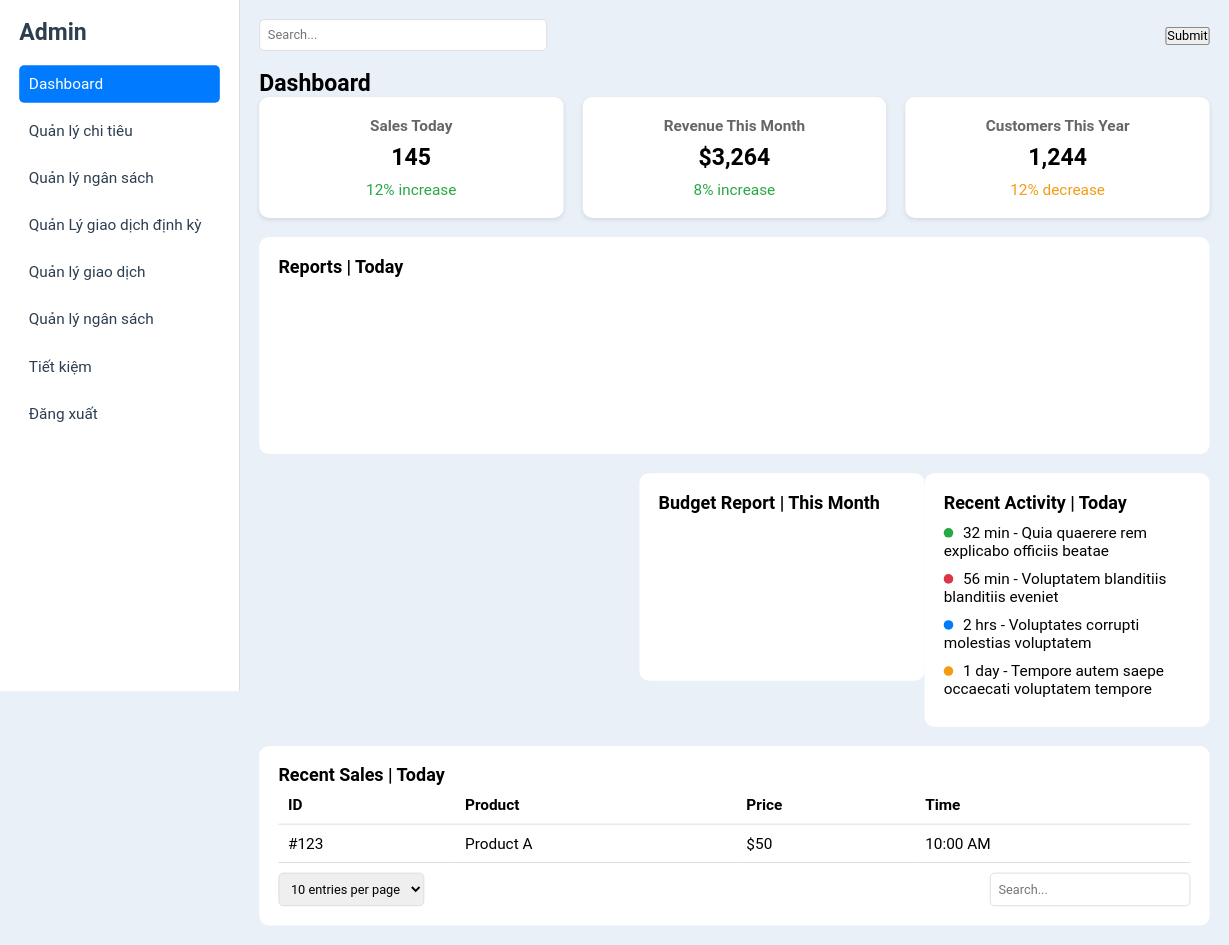
Repository: PhanVanHoa051204/Project3
Page: http://localhost/Project3/dashboard.jsp
These files come from the project's save history. The page is drawn as it stood at one moment and after the next save; the edit follows.
The browser window is 1280 px wide. The pictures show the whole page, at 96% of full size.
The page is served by Tomcat 9. Other server files are loaded and not shown.

Above is the page before, as saved 2025-03-12 13:58:11.
Console error: ReferenceError: Chart is not defined

### PhanVanHoa_2210900023_K22CNT1/Project3/src/main/webapp/dashboard.jsp
<%@ page language="java" contentType="text/html; charset=UTF-8"
	pageEncoding="UTF-8"%>
<!DOCTYPE html>
<html lang="en">
<head>
<meta charset="UTF-8">
<meta name="viewport" content="width=device-width, initial-scale=1.0">
<title>Admin</title>
<link rel="stylesheet" href="style.css">

</head>
<body>
	<div class="container">
		<!-- Sidebar -->
		<div class="sidebar">
			<div class="logo">Admin</div>
			<ul>
				<li class="active"><a href="#">Dashboard</a></li>
				<li><a href="#">Quản lý chi tiêu</a></li>
				<li><a href="#">Quản lý ngân sách</a></li>
				<li><a href="#">Quản Lý giao dịch định kỳ</a></li>
				<li><a href="#">Quản lý giao dịch</a></li>
				<li><a href="#">Quản lý ngân sách</a></li>
				<li><a href="#">Tiết kiệm</a></li>
				<li><a href="#">Đăng xuất</a></li>

			</ul>
		</div>

		<!-- Main Content -->
		<div class="main-content">
			<!-- Header -->
			<header>
				<div class="search-bar">
					<input type="text" placeholder="Search...">
				</div>
				<div class="submit-section">
					<button type="submit" class="submit-btn">Submit</button>
				</div>
			</header>

			<!-- Dashboard Content -->
			<div class="dashboard-content">
				<h2>Dashboard</h2>

				<!-- Top Cards -->
				<div class="cards">
					<div class="card">
						<h3>Sales Today</h3>
						<p>145</p>
						<span class="increase">12% increase</span>
					</div>
					<div class="card">
						<h3>Revenue This Month</h3>
						<p>$3,264</p>
						<span class="increase">8% increase</span>
					</div>
					<div class="card">
						<h3>Customers This Year</h3>
						<p>1,244</p>
						<span class="decrease">12% decrease</span>
					</div>
				</div>

				<!-- Reports Chart -->
				<div class="chart-section">
					<h3>Reports | Today</h3>
					<canvas id="reportsChart"></canvas>
				</div>

				<!-- Recent Activity -->
				<div class="recent-activity">
					<h3>Recent Activity | Today</h3>
					<ul>
						<li><span class="dot green"></span>32 min - Quia quaerere rem
							explicabo officiis beatae</li>
						<li><span class="dot red"></span>56 min - Voluptatem
							blanditiis blanditiis eveniet</li>
						<li><span class="dot blue"></span>2 hrs - Voluptates corrupti
							molestias voluptatem</li>
						<li><span class="dot yellow"></span>1 day - Tempore autem
							saepe occaecati voluptatem tempore</li>
					</ul>
				</div>

				<!-- Budget Report -->
				<div class="budget-report">
					<h3>Budget Report | This Month</h3>
					<canvas id="budgetChart"></canvas>
				</div>

				<!-- Recent Sales -->
				<div class="recent-sales">
					<h3>Recent Sales | Today</h3>
					<table>
						<thead>
							<tr>
								<th>ID</th>
								<th>Product</th>
								<th>Price</th>
								<th>Time</th>
							</tr>
						</thead>
						<tbody>
							<tr>
								<td>#123</td>
								<td>Product A</td>
								<td>$50</td>
								<td>10:00 AM</td>
							</tr>
							<!-- Thêm dữ liệu mẫu -->
						</tbody>
					</table>
					<div class="table-footer">
						<select>
							<option>10 entries per page</option>
						</select> <input type="text" placeholder="Search...">
					</div>
				</div>
			</div>
		</div>
	</div>

	<!-- JavaScript để vẽ biểu đồ -->
	<script>
		// Reports Chart
		const ctx1 = document.getElementById('reportsChart').getContext('2d');
		new Chart(ctx1, {
			type : 'line',
			data : {
				labels : [ '00:00', '01:00', '02:00', '03:00', '04:00',
						'05:00', '06:00' ],
				datasets : [ {
					label : 'Sales',
					data : [ 20, 40, 30, 60, 50, 40, 30 ],
					borderColor : '#007BFF',
					fill : false
				}, {
					label : 'Revenue',
					data : [ 10, 30, 50, 40, 30, 20, 10 ],
					borderColor : '#28A745',
					fill : false
				}, {
					label : 'Customers',
					data : [ 30, 20, 25, 35, 20, 15, 10 ],
					borderColor : '#F39C12',
					fill : false
				} ]
			},
			options : {
				scales : {
					y : {
						beginAtZero : true
					}
				}
			}
		});

		// Budget Chart (Radar)
		const ctx2 = document.getElementById('budgetChart').getContext('2d');
		new Chart(ctx2, {
			type : 'radar',
			data : {
				labels : [ 'Administration', 'Marketing', 'Development',
						'on Technology' ],
				datasets : [ {
					label : 'Allocated Budget',
					data : [ 65, 59, 90, 81 ],
					backgroundColor : 'rgba(0, 123, 255, 0.2)',
					borderColor : '#007BFF'
				}, {
					label : 'Actual Spending',
					data : [ 28, 48, 40, 19 ],
					backgroundColor : 'rgba(40, 167, 69, 0.2)',
					borderColor : '#28A745'
				} ]
			}
		});
	</script>
</body>
</html>

### PhanVanHoa_2210900023_K22CNT1/Project3/src/main/webapp/style.css
* {
    margin: 0;
    padding: 0;
    box-sizing: border-box;
    font-family: 'Roboto', sans-serif;
}

body {
    background-color: #E9F0F7;
}

.container {
    display: flex;
}

/* Sidebar */
.sidebar {
    width: 250px;
    background-color: #fff;
    padding: 20px;
    height: 100vh;
    border-right: 1px solid #ddd;
}

.logo {
    font-size: 24px;
    font-weight: bold;
    color: #2C3E50;
    margin-bottom: 20px;
}

.sidebar ul {
    list-style: none;
}

.sidebar ul li {
    margin: 10px 0;
}

.sidebar ul li a {
    text-decoration: none;
    color: #2C3E50;
    display: block;
    padding: 10px;
    border-radius: 5px;
}

.sidebar ul li.active a {
    background-color: #007BFF;
    color: #fff;
}

/* Main Content */
.main-content {
    flex: 1;
    padding: 20px;
}

header {
    display: flex;
    justify-content: space-between;
    align-items: center;
    margin-bottom: 20px;
}

.search-bar input {
    padding: 8px;
    border: 1px solid #ddd;
    border-radius: 5px;
    width: 300px;
}

.user-info {
    display: flex;
    align-items: center;
}

.user-info span {
    margin-right: 10px;
}

.avatar {
    width: 40px;
    height: 40px;
    border-radius: 50%;
}

/* Cards */
.cards {
    display: flex;
    gap: 20px;
    margin-bottom: 20px;
}

.card {
    background-color: #fff;
    padding: 20px;
    border-radius: 10px;
    flex: 1;
    text-align: center;
    box-shadow: 0 2px 5px rgba(0, 0, 0, 0.1);
}

.card h3 {
    font-size: 16px;
    color: #666;
}

.card p {
    font-size: 24px;
    font-weight: bold;
    margin: 10px 0;
}

.increase {
    color: #28A745;
}

.decrease {
    color: #F39C12;
}

/* Chart Section */
.chart-section {
    background-color: #fff;
    padding: 20px;
    border-radius: 10px;
    margin-bottom: 20px;
}

.chart-section h3 {
    margin-bottom: 10px;
}

/* Recent Activity */
.recent-activity {
    background-color: #fff;
    padding: 20px;
    border-radius: 10px;
    margin-bottom: 20px;
    width: 30%;
    float: right;
}

.recent-activity ul {
    list-style: none;
}

.recent-activity li {
    margin: 10px 0;
}

.dot {
    display: inline-block;
    width: 10px;
    height: 10px;
    border-radius: 50%;
    margin-right: 10px;
}

.green { background-color: #28A745; }
.red { background-color: #DC3545; }
.blue { background-color: #007BFF; }
.yellow { background-color: #F39C12; }

/* Budget Report */
.budget-report {
    background-color: #fff;
    padding: 20px;
    border-radius: 10px;
    width: 30%;
    float: right;
    margin-bottom: 20px;
}

/* Recent Sales */
.recent-sales {
    background-color: #fff;
    padding: 20px;
    border-radius: 10px;
    clear: both;
}

.recent-sales table {
    width: 100%;
    border-collapse: collapse;
}

.recent-sales th, .recent-sales td {
    padding: 10px;
    text-align: left;
    border-bottom: 1px solid #ddd;
}

.table-footer {
    display: flex;
    justify-content: space-between;
    margin-top: 10px;
}

.table-footer select, .table-footer input {
    padding: 8px;
    border: 1px solid #ddd;
    border-radius: 5px;
}

After the next save:
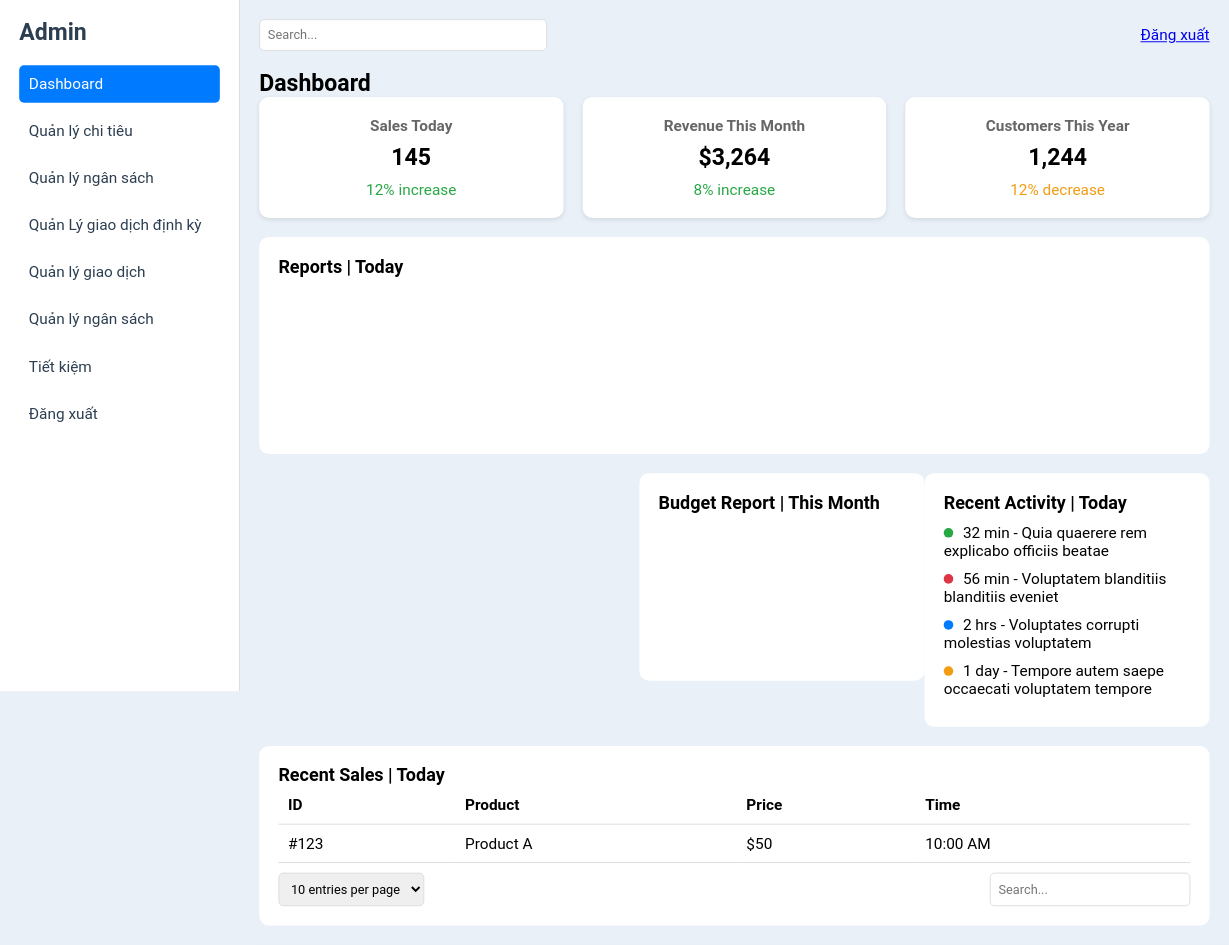
Saved 81 s later.
--- a/PhanVanHoa_2210900023_K22CNT1/Project3/src/main/webapp/dashboard.jsp
+++ b/PhanVanHoa_2210900023_K22CNT1/Project3/src/main/webapp/dashboard.jsp
@@ -29,13 +29,12 @@
 
 		<!-- Main Content -->
 		<div class="main-content">
-			<!-- Header -->
 			<header>
 				<div class="search-bar">
 					<input type="text" placeholder="Search...">
 				</div>
 				<div class="submit-section">
-					<button type="submit" class="submit-btn">Submit</button>
+					<a href="login.jsp" class="logout-btn">Đăng xuất</a>
 				</div>
 			</header>
 
